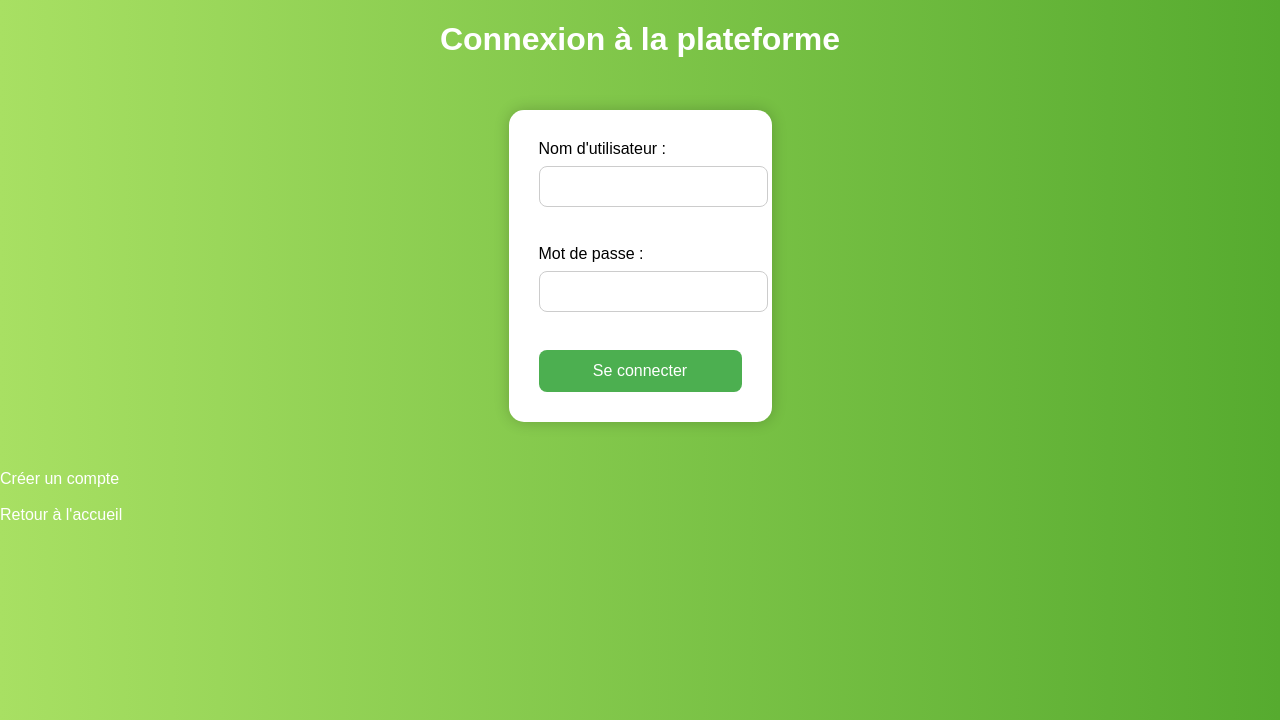
Repository: SouhailMar10/FOOD-MART
Page: http://localhost/login?next=%2Fdashboard_personnel
The author's editor kept a copy of each file at every save. The page is drawn from the files as they stood at one save, then again after the next save.
The browser window is 1280 px wide. The pictures show the whole page.
The page is served by the project's application, run on Flask 3 (app.py). Other server files are loaded and not shown.

Above is the page before, as saved 2025-04-26 23:45:57.

### templates/login.html
<!DOCTYPE html>
<html lang="fr">
<head>
    <meta charset="UTF-8">
    <title>Connexion</title>
    <link rel="stylesheet" href="{{ url_for('static', filename='style.css') }}">
</head>
<body>
    <h1>Connexion à la plateforme</h1>

    {% with messages = get_flashed_messages() %}
      {% if messages %}
        {% for message in messages %}
          <p style="color: red;">{{ message }}</p>
        {% endfor %}
      {% endif %}
    {% endwith %}

    <form action="/login" method="POST" autocomplete="off">
        <!-- Champ caché anti-autofill -->
        <input type="text" name="fakeusernameremembered" style="display:none">
        <input type="password" name="fakepasswordremembered" style="display:none">

        <label for="username">Nom d'utilisateur :</label><br>
        <input type="text" id="username" name="username" required autocomplete="new-username"><br><br>

        <label for="password">Mot de passe :</label><br>
        <input type="password" id="password" name="password" required autocomplete="new-password"><br><br>

        <input type="submit" value="Se connecter">
    </form>

    <br>
    <a href="/register">Créer un compte</a><br>
    <a href="/">Retour à l'accueil</a>
</body>
</html>

### app.py
from flask import Flask, render_template, request, redirect, url_for, flash
from flask_login import LoginManager, UserMixin, login_user, login_required, logout_user, current_user
from blockchain import Blockchain
import sqlite3
import os

app = Flask(__name__)
app.secret_key = 'ta_cle_secrete_super_secrete'  # Important pour la sécurité

# Initialiser la Blockchain
food_chain = Blockchain()

# Initialiser Flask-Login
login_manager = LoginManager()
login_manager.init_app(app)
login_manager.login_view = 'login'

# Classe User pour Flask-Login
class User(UserMixin):
    def __init__(self, id, username, password, role):
        self.id = id
        self.username = username
        self.password = password
        self.role = role

# Charger un utilisateur
@login_manager.user_loader
def load_user(user_id):
    connection = sqlite3.connect('database.db')
    cursor = connection.cursor()
    cursor.execute("SELECT id, username, password, role FROM users WHERE id = ?", (user_id,))
    user_data = cursor.fetchone()
    connection.close()
    if user_data:
        return User(*user_data)
    return None

# Créer la base de données SQLite s'il n'y a pas encore
def init_db():
    if not os.path.exists('database.db'):
        connection = sqlite3.connect('database.db')
        cursor = connection.cursor()
        cursor.execute('''
            CREATE TABLE users (
                id INTEGER PRIMARY KEY AUTOINCREMENT,
                username TEXT UNIQUE NOT NULL,
                password TEXT NOT NULL,
                role TEXT NOT NULL
            )
        ''')
        connection.commit()
        connection.close()

# Appeler init_db au démarrage
init_db()

# Route inscription
@app.route('/register', methods=['GET', 'POST'])
def register():
    if request.method == 'POST':
        username = request.form['username']
        password = request.form['password']
        role = request.form['role']  # Personnel ou Client

        connection = sqlite3.connect('database.db')
        cursor = connection.cursor()

        try:
            cursor.execute("INSERT INTO users (username, password, role) VALUES (?, ?, ?)", (username, password, role))
            connection.commit()
            flash('Compte créé avec succès, veuillez vous connecter.')
            return redirect(url_for('login'))
        except sqlite3.IntegrityError:
            flash('Ce nom d’utilisateur est déjà utilisé.')
            return redirect(url_for('register'))
        finally:
            connection.close()

    return render_template('register.html')


@app.route('/login', methods=['GET', 'POST'])
def login():
    if request.method == 'POST':
        username = request.form['username']
        password = request.form['password']

        connection = sqlite3.connect('database.db')
        cursor = connection.cursor()
        cursor.execute("SELECT id, username, password, role FROM users WHERE username = ?", (username,))
        user_data = cursor.fetchone()
        connection.close()

        if user_data and user_data[2] == password:
            user = User(*user_data)
            login_user(user)
            flash('Connexion réussie.')
            if user.role == "Personnel":
                return redirect(url_for('dashboard_personnel'))
            else:
                return redirect(url_for('dashboard_client'))
        else:
            flash('Identifiant ou mot de passe incorrect.')
            return redirect(url_for('login'))

    return render_template('login.html')


# Tableau de bord pour le Personnel
@app.route('/dashboard_personnel', methods=['GET', 'POST'])
@login_required
def dashboard_personnel():
    if current_user.role != "Personnel":
        flash("Accès refusé.")
        return redirect(url_for('login'))

    if request.method == 'POST':
        product_id = request.form['product_id']
        event = request.form['event']
        location = request.form['location']

        food_chain.add_block(product_id, event, location)
        flash('Produit ajouté à la blockchain avec succès.')

    # Envoyer toute la blockchain sauf le bloc Genesis (index 0)
    products = food_chain.chain[1:]  # On enlève le tout premier bloc ("Début de la traçabilité")
    return render_template('dashboard_personnel.html', username=current_user.username, products=products)

# Tableau de bord pour le Client
@app.route('/dashboard_client', methods=['GET', 'POST'])
@login_required
def dashboard_client():
    if current_user.role != "Client":
        flash("Accès refusé.")
        return redirect(url_for('login'))

    history = []
    if request.method == 'POST':
        product_id = request.form['product_id']

        # Chercher tous les blocs liés à ce produit
        history = [block for block in food_chain.chain if block.product_id == product_id]

    return render_template('dashboard_client.html', username=current_user.username, history=history)


@app.route('/logout')
@login_required
def logout():
    logout_user()
    flash("Vous êtes déconnecté.")
    return redirect(url_for('login'))


@app.route('/')
def home():
    return render_template('home.html')









if __name__ == "__main__":
    app.run(debug=True)

### blockchain_data.json
[
    {
        "index": 0,
        "timestamp": 1745688203.6056602,
        "product_id": "0",
        "event": "D\u00e9but de la tra\u00e7abilit\u00e9",
        "location": "Origine",
        "previous_hash": "0",
        "hash": "6d1b47e2801f67e56fe7556b3627601eb9d111e0b5f0f5629c99d8c7a9abc122"
    },
    {
        "index": 1,
        "timestamp": 1745723338.360925,
        "product_id": "MANGUE1020",
        "event": "recolte",
        "location": "ferme tropicale",
        "previous_hash": "6d1b47e2801f67e56fe7556b3627601eb9d111e0b5f0f5629c99d8c7a9abc122",
        "hash": "316a8a35667de9a6ac64528fd6853a65b783c7ef0dfb80a0f0df2b15d60fd386"
    },
    {
        "index": 2,
        "timestamp": 1745724468.887633,
        "product_id": "MANGUE1020",
        "event": "transformation",
        "location": "usine du Nord",
        "previous_hash": "316a8a35667de9a6ac64528fd6853a65b783c7ef0dfb80a0f0df2b15d60fd386",
        "hash": "ee967f10da62093e403cb924ab9786ad74276dacc5f5e725c577fad764c8b2af"
    },
    {
        "index": 3,
        "timestamp": 1745726939.611038,
        "product_id": "MANGUE1020",
        "event": "emballage",
        "location": "usine du Nord zone Z ",
        "previous_hash": "ee967f10da62093e403cb924ab9786ad74276dacc5f5e725c577fad764c8b2af",
        "hash": "72fd547f836a1071c2e1bd052b796bdbc448899c4d23839c86ab134acdc84639"
    },
    {
        "index": 4,
        "timestamp": 1745765712.621973,
        "product_id": "pomme 2022",
        "event": "recolte",
        "location": "ferme equatoriale",
        "previous_hash": "72fd547f836a1071c2e1bd052b796bdbc448899c4d23839c86ab134acdc84639",
        "hash": "fe28619183ee5527b162491c3c3f8b327de1aa44bc0649cecf02f85b2173f4e9"
    }
]

### static/style.css
/* Style général */
body {
    font-family: 'Arial', sans-serif;
    background: linear-gradient(to right, #a8e063, #56ab2f);
    margin: 0;
    padding: 0;
    min-height: 100vh;
    display: flex;
    flex-direction: column;
}

/* Centrer tout */
h1, p {
    text-align: center;
    color: #ffffff;
}

form {
    background: #ffffff;
    max-width: 400px;
    margin: 30px auto;
    padding: 30px;
    border-radius: 15px;
    box-shadow: 0px 0px 15px rgba(0,0,0,0.2);
}

/* Inputs */
input[type="text"],
input[type="password"] {
    width: 100%;
    padding: 12px;
    margin: 8px 0 20px 0;
    border: 1px solid #ccc;
    border-radius: 8px;
}

/* Boutons */
input[type="submit"],
button {
    background-color: #4CAF50;
    color: white;
    padding: 12px 20px;
    border: none;
    border-radius: 8px;
    cursor: pointer;
    font-size: 16px;
    width: 100%;
}

input[type="submit"]:hover,
button:hover {
    background-color: #45a049;
}

/* Footer */
footer {
    margin-top: auto;
    background: #333333;
    color: #ffffff;
    text-align: center;
    padding: 15px 0;
    font-size: 14px;
}

/* Liens */
a {
    text-decoration: none;
    color: #ffffff;
}

a:hover {
    text-decoration: underline;
}

After the next save:
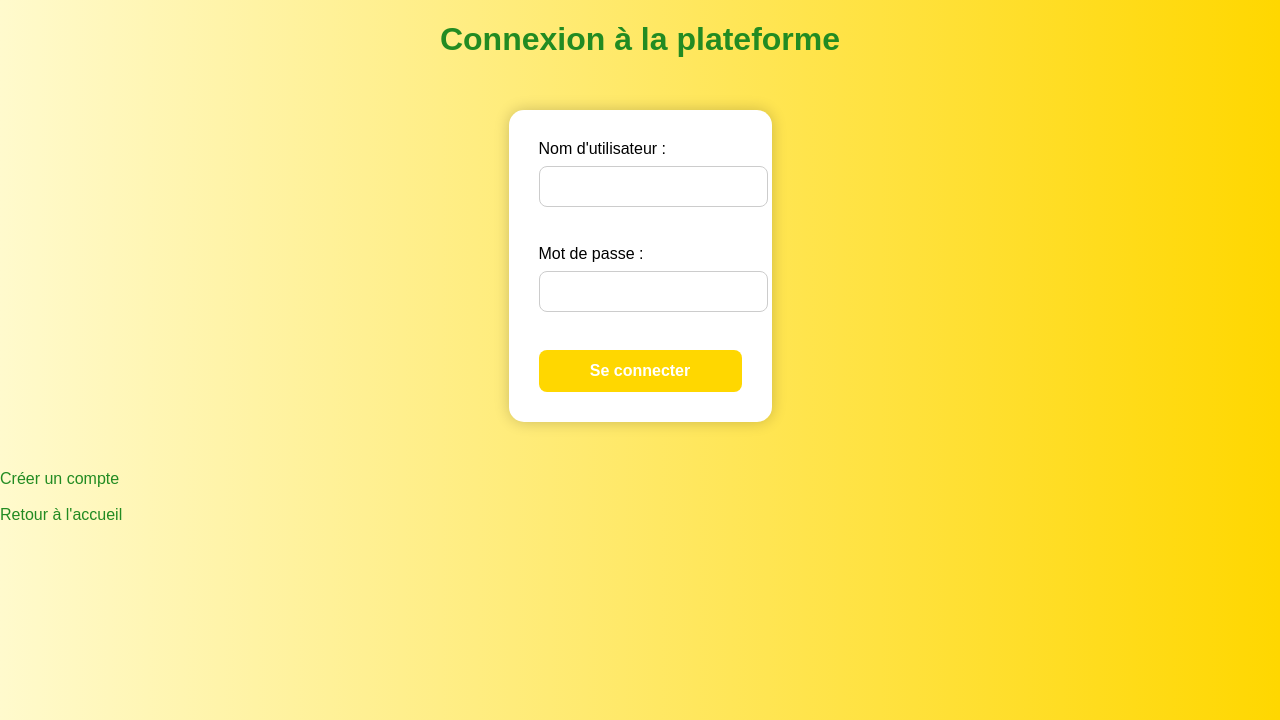
Saved 2 min 30 s later.
--- a/static/style.css
+++ b/static/style.css
@@ -1,7 +1,7 @@
 /* Style général */
 body {
     font-family: 'Arial', sans-serif;
-    background: linear-gradient(to right, #a8e063, #56ab2f);
+    background: linear-gradient(to right, #FFFACD, #FFD700); /* dégradé jaune doux */
     margin: 0;
     padding: 0;
     min-height: 100vh;
@@ -9,24 +9,26 @@ body {
     flex-direction: column;
 }
 
-/* Centrer tout */
-h1, p {
+/* Titres */
+h1, h2, p {
     text-align: center;
-    color: #ffffff;
+    color: #228B22; /* vert nature */
 }
 
+/* Formulaires */
 form {
     background: #ffffff;
     max-width: 400px;
     margin: 30px auto;
     padding: 30px;
     border-radius: 15px;
-    box-shadow: 0px 0px 15px rgba(0,0,0,0.2);
+    box-shadow: 0px 0px 15px rgba(0, 0, 0, 0.2);
 }
 
 /* Inputs */
 input[type="text"],
-input[type="password"] {
+input[type="password"],
+select {
     width: 100%;
     padding: 12px;
     margin: 8px 0 20px 0;
@@ -37,25 +39,26 @@ input[type="password"] {
 /* Boutons */
 input[type="submit"],
 button {
-    background-color: #4CAF50;
-    color: white;
+    background-color: #FFD700; /* jaune doux */
+    color: #ffffff;
     padding: 12px 20px;
     border: none;
     border-radius: 8px;
     cursor: pointer;
     font-size: 16px;
     width: 100%;
+    font-weight: bold;
 }
 
 input[type="submit"]:hover,
 button:hover {
-    background-color: #45a049;
+    background-color: #FFC300; /* jaune plus intense au survol */
 }
 
 /* Footer */
 footer {
     margin-top: auto;
-    background: #333333;
+    background: #228B22; /* vert nature */
     color: #ffffff;
     text-align: center;
     padding: 15px 0;
@@ -65,7 +68,7 @@ footer {
 /* Liens */
 a {
     text-decoration: none;
-    color: #ffffff;
+    color: #228B22;
 }
 
 a:hover {
